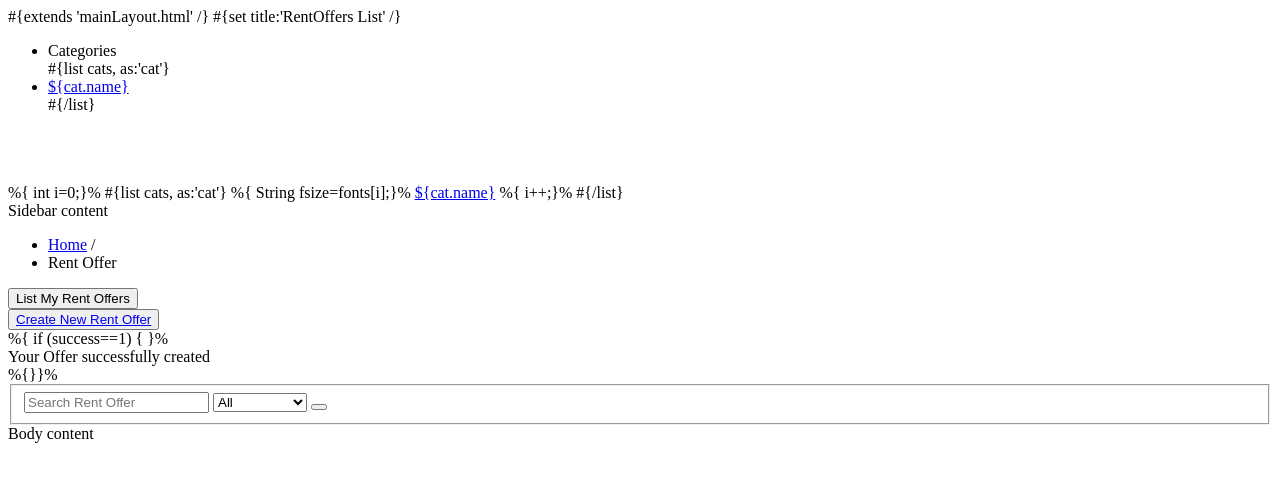
Repository: Maalejm/SEBA
Page: SlifeWebSite/app/views/RentOffers/index.html
The author's editor kept a copy of each file at every save. The page is drawn from the files as they stood at one save, then again after the next save.
The browser window is 1280 px wide. The pictures show the whole page.

Above is the page before, as saved 2013-07-10 01:16:39.
Console error: SyntaxError: Invalid or unexpected token

### SlifeWebSite/app/views/RentOffers/index.html
#{extends 'mainLayout.html' /}
#{set title:'RentOffers List' /}




<div class="container-fluid">

            <div class="row-fluid">
                <div class="span2">

                    <ul class="nav nav-list">
                        <li class="nav-header">Categories</li>

                        #{list cats, as:'cat'}
                         <li
                         %{ if(id.equals(cat.id.toString())) { }%
                          class="active"
                         %{ } }%
                         ><a class="catNav" href="/rentoffer/${cat.id}">${cat.name}</a></li>
                        #{/list}

                    </ul>
                    <br/>
                    <br/>
                    <br/>
                    %{ int i=0;}%
                    #{list cats, as:'cat'}
                       %{ String fsize=fonts[i];}%
                       <span style="font-size:${fsize}px;"><a class="catNav" href="/rentoffer/${cat.id}">${cat.name}</a></span>
                      %{ i++;}%
                    #{/list}


					<div>


                    </div>
                    Sidebar content
                </div>
                <div class="span10">
                    <ul class="breadcrumb">
                        <li><a href="/">Home</a> <span class="divider">/</span></li>
                        <li class="active">Rent Offer</li>
                    </ul>

                    <div class="btn-group">
                        <button class="btn">List My Rent Offers</button>
                    </div>

                    <div class="btn-group">
                        <button class="btn"><a href="/rentoffer/newOffer">Create New Rent Offer</a></button>
                    </div>
                    %{ if (success==1) {  }%
                    <div class="success"> Your Offer successfully created</div>
                    %{}}%
                    <div class="span10 searchForm">

                            <fieldset>

                                <input name="search" class="span7" type="text" id="search"  placeholder="Search Rent Offer" >
                                    <select id="category" class="span3">
                                        <option value="0">All</option>

                                        #{list cats, as:'cat'}
                                        <option value="${cat.id}">${cat.name}</option>
                                        #{/list}
                                    </select>

                                    <button type="submit" class="btn btn-primary"> <i class="icon-search icon-white"></i></button>
                           </fieldset>

                    </div>

                    <div  id="result">





           </div>



                    Body content
                </div>
            </div>
        </div>





<script type="text/javascript" charset="${_response_encoding}">

    // Rebuild state

    $('#search').val(sessvars.search)
    //if(sessvars.page == undefined) {
        sessvars.page = 1
    //}

    //if(sessvars.firstPage == undefined) {
        sessvars.firstPage = 1
    //}

    //if(sessvars.lastPage == undefined) {
        sessvars.lastPage = 10
    //}


    // Search function
    var search = function() {
    	if($('.active .catNav').attr('href') != undefined)
    		$('#category').val($('.active .catNav').attr('href').split("/")[2])
        loadData($('#search').val(),$('#category').val(),10)

    }

    var loadData=function(search,category,size){


    	sessvars.search = search
        sessvars.category = category
        sessvars.size =size //$('#size').val()
        var listAction = #{jsAction @listOf(':search',':category', ':size', ':page',':firstPage',':lastPage') /}
        $('#result').load(listAction({search: sessvars.search,category :sessvars.category , size: sessvars.size,
        	page: sessvars.page
        	, firstPage: sessvars.firstPage, lastPage: sessvars.lastPage}), function() {


        })

    }

    // Events handler
    $('#submit').click(function() {
        sessvars.page = 1

        search()
    })
    $('#search').keyup(function() {
        sessvars.page = 1

        search()
    })

    $('#category').change(function() {
        sessvars.page = 1

        search()
    })


    $('#nextPage').live('click', function(e) {

    	pageinfo= $(this).attr('href').split(';');
    	sessvars.page =pageinfo[0]
        sessvars.firstPage=pageinfo[1]
        sessvars.lastPage=pageinfo[2]

        e.preventDefault()
        search()
    })

    $('#prePage').live('click', function(e) {
    	pageinfo= $(this).attr('href').split(';');
    	sessvars.page =pageinfo[0]
        sessvars.firstPage=pageinfo[1]
        sessvars.lastPage=pageinfo[2]

        e.preventDefault()
        search()
    })

    $('.pagebtn').live('click', function(e) {

    	pageinfo= $(this).attr('href').split(';');
    	sessvars.page =pageinfo[0]
        sessvars.firstPage=pageinfo[1]
        sessvars.lastPage=pageinfo[2]
        e.preventDefault()
        search()
    })


    $('.catNav').live('click', function(e) {

    	category=$(this).attr('href').split("/")[2]


    	$('#category').val(category)

    	sessvars.page =1
        sessvars.firstPage=1
        sessvars.lastPage=10
        $('#search').val("")
        $('.catNav').parent().removeClass('active');
        $(this).parent().addClass('active');
    	e.preventDefault()

       loadData("",category,10)
    })

    // Init
    if(sessvars.search != undefined) {
        search()

    }

</script>

After the next save:
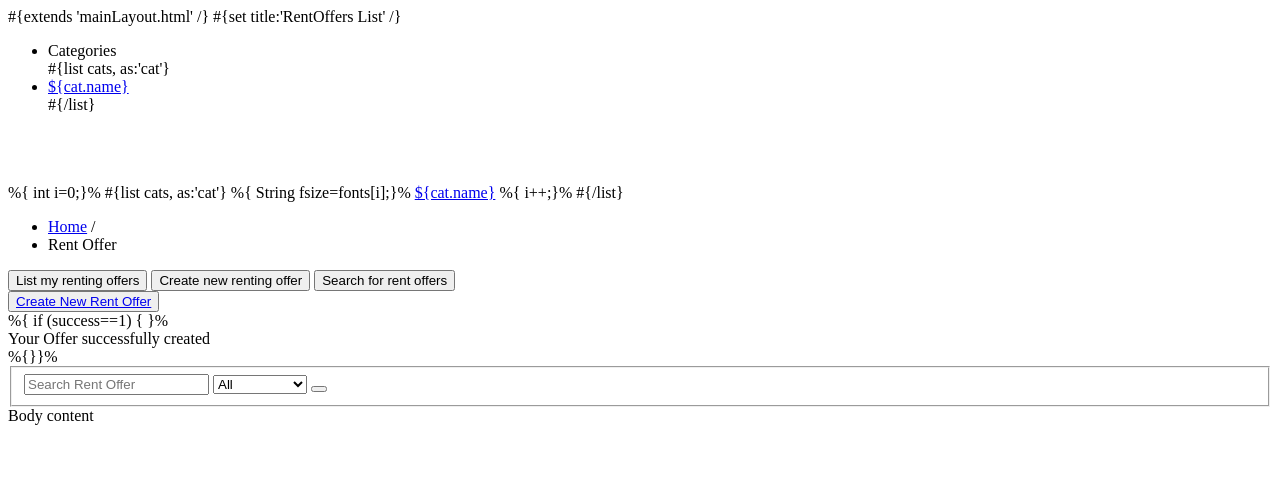
Saved 5 min 39 s later.
--- a/SlifeWebSite/app/views/RentOffers/index.html
+++ b/SlifeWebSite/app/views/RentOffers/index.html
@@ -36,7 +36,7 @@
 
 
                     </div>
-                    Sidebar content
+
                 </div>
                 <div class="span10">
                     <ul class="breadcrumb">
@@ -45,7 +45,10 @@
                     </ul>
 
                     <div class="btn-group">
-                        <button class="btn">List My Rent Offers</button>
+
+                        <button class="btn" >List my renting offers</button>
+            			<button class="btn" ><i class="icon-plus"></i> Create new renting offer</button>
+            			<button class="btn"> Search for rent offers</button>
                     </div>
 
                     <div class="btn-group">
